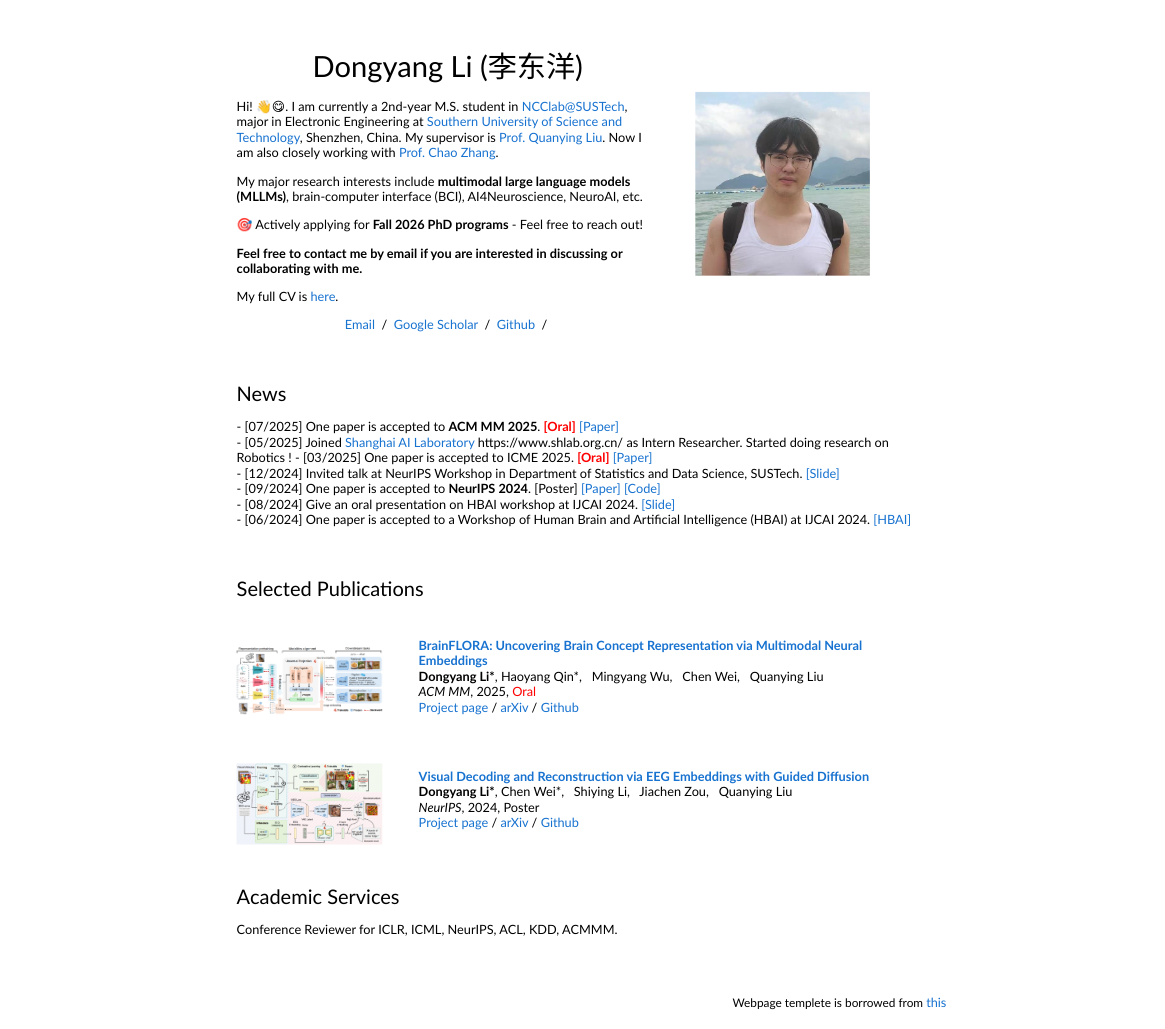
Repository: dongyangli-del/dongyangli-del.github.io
Page: index.html
An editor plug-in stored every save of this project. The page is shown before and after the next save, followed by the edit.
The browser window is 1280 px wide. The pictures show the whole page, at 91% of full size.

Above is the page before, as saved 2025-07-12 21:40:24.

### index.html
<!DOCTYPE HTML>
<html lang="en">
  <head>

    <meta http-equiv="Content-Type" content="text/html; charset=UTF-8">

    <title>Dongyang Li (李东洋)</title>

    <meta name="author" content="Dongyang Li (李东洋)">
    <meta name="viewport" content="width=device-width, initial-scale=1">

    <link rel="stylesheet" type="text/css" href="stylesheet.css">
    <link rel="icon" href="data:[embedded picture, 141 characters]">
  </head>

  <body>
    <!-- <div class="content">
      <table style="width:100%;border:0px;border-spacing:0px;border-collapse:separate;margin-right:auto;margin-left:auto;"><tbody>
        <tr style="padding:0px">
          <td style="padding:2.5%;width:63%;vertical-align:middle">
            <p class="name" style="text-align: center;">
              Dongyang Li
            </p>

            </p>
            <p>

            </p>
            <p style="text-align:center">
            </p>
          </td>
          <td style="padding:2.5%;width:40%;max-width:40%">
            <a href="myassets/profile.jpg"><img style="width:100%;max-width:100%" alt="profile photo" src="myassets/profile.jpg" class="hoverZoomLink"></a>
          </td>
        </tr>
      </tbody></table>
    </div> -->
    <table style="width:100%;max-width:800px;border:0px;border-spacing:0px;border-collapse:separate;margin-right:auto;margin-left:auto;"><tbody>
      <tr style="padding:0px">
        <td style="padding:0px">
          <table style="width:100%;border:0px;border-spacing:0px;border-collapse:separate;margin-right:auto;margin-left:auto;"><tbody>
            <tr style="padding:0px">
              <td style="padding:2.5%;width:63%;vertical-align:middle">
                <p class="name" style="text-align: center;">
                  Dongyang Li (李东洋)
                </p>
                <p>
                  Hi! 👋😋.
                  I am currently a 2nd-year M.S. student in <a href="https://faculty.sustech.edu.cn/?tagid=liuqy&iscss=1&snapid=1&orderby=date&go=1">NCClab@SUSTech</a>, major in Electronic Engineering at <a href="https://www.sustech.edu.cn/en/">Southern University of Science and Technology</a>, Shenzhen, China.
                  My supervisor is <a href="https://www.sustech.edu.cn/zh/faculties/liuquanying.html">Prof. Quanying Liu</a>. Now I am also closely working with <a href="https://mi.eng.cam.ac.uk/~cz277/">Prof. Chao Zhang</a>.
                </p>
                <p>
                  My major research interests include <strong>multimodal large language models (MLLMs)</strong>, brain-computer interface (BCI), AI4Neuroscience, NeuroAI, etc.
                </p>
                <p>🎯 Actively applying for <strong>Fall 2026 PhD programs</strong> - Feel free to reach out!</p> <span style="color: black; font-weight: bold;">Feel free to contact me by email if you are interested in discussing or collaborating with me.</span>


                <p>
                  My full CV is <a href="https://dongyangli-del.github.io/files/Dongyang_Li_CV.pdf">here</a>.
                </p>
                <p style="text-align:center">
                  <a href="lidy2023@mail.sustech.edu.cn">Email</a> &nbsp;/&nbsp;
                  <a href="https://scholar.google.com/citations?user=4VTOeU4AAAAJ&hl=zh-CN&oi=ao">Google Scholar</a> &nbsp;/&nbsp;
                  <a href="https://github.com/dongyangli-del">Github</a> &nbsp;/&nbsp;
                  <!-- <a href="https://www.linkedin.com/in/yingqing-he-6b2859168/">LinkedIn</a> -->
                </p>
              </td>
              <td style="padding:2.5%;width:40%;max-width:40%">
                <a href="myassets/profile.jpg"><img style="width:75%;max-width:100%" alt="profile photo" src="myassets/profile.jpg" class="hoverZoomLink"></a>
              </td>
            </tr>
          </tbody></table>

          <table style="width:100%;border:0px;border-spacing:0px;border-collapse:separate;margin-right:auto;margin-left:auto;"><tbody>
            <tr>
            <td style="padding:20px;width:100%;vertical-align:middle">
              <h2>News</h2>
              <p>
                - [07/2025] One paper is accepted to <strong>ACM MM 2025</strong>. <span style="color: red; font-weight: bold;">[Oral]</span> <a href="https://arxiv.org/pdf/2410.23754">[Paper]</a><br>

                - [05/2025] Joined <a href="https://arxiv.org/abs/2403.07721">Shanghai AI Laboratory</span></a> https://www.shlab.org.cn/ as Intern Researcher. Started doing research on Robotics !

                - [03/2025] One paper is accepted to ICME 2025. <span style="color: red; font-weight: bold;">[Oral]</span> <a href="https://arxiv.org/pdf/2410.23754">[Paper]</a><br>

                - [12/2024] Invited talk at NeurIPS Workshop in Department of Statistics and Data Science, SUSTech. <a href="https://dongyangli-del.github.io/files/DongyangLi-20241201.pdf">[Slide]</a><br>

                - [09/2024] One paper is accepted to <strong>NeurIPS 2024</strong>. [Poster] <a href="https://arxiv.org/abs/2403.07721">[Paper]</a> <a href="https://github.com/dongyangli-del/EEG_Image_decode">[Code]</a> <br>

                - [08/2024] Give an oral presentation on HBAI workshop at IJCAI 2024. <a href="https://dongyangli-del.github.io/files/HBAI_2024_DongyangLi.pdf">[Slide]</a><br>

                - [06/2024] One paper is accepted to a Workshop of Human Brain and Artificial Intelligence (HBAI) at IJCAI 2024. <a href="https://hbai2024.github.io/">[HBAI]</a><br>

                <!-- - [10/2024] <font style="color: #d07c22">Invited talk</font> at <a href="https://venue-tutorial.github.io/">ECCV 2024 VENUE (Recent Advances in Video Content Understanding and Generation) Tutorial</a>
                 on the topic of <i>"LLMs Meet image and video generation"</i>.
                 The slides are available at our <a href="https://github.com/YingqingHe/Awesome-LLMs-meet-Multimodal-Generation/blob/main/ECCV2024-VENUE-Tutorial-Slides-LLM-Meet-Image-and-Video-Generation.pdf">Github repo</a>.<br>
                - [08/2024] <font style="color: #d07c22">Invited talk</font> at <a href="https://hunyuan.tencent.com/">Tencent Hunyuan</a>
                 on the topic of <i>"LLMs Meet Multimodal Generation and Editing"</i><br>
                - [08/2024] 1 paper was accepted to <font style="color: #D8429E">ECCV 2024 AI4VA Workshop</font>.<br>
                - [07/2024] 1 paper was accepted to <font style="color: #D8429E">SIGGRAPH Asia 2024</font>.<br>
                - [07/2024] 1 paper was accepted to <font style="color: #D8429E">ECCV 2024</font>.<br>
                - [05/2024] We released a survey paper: <a href="https://arxiv.org/abs/2405.19334">LLMs Meet Multimodal Generation and Editing: A Survey</a>.<br>
                - [03/2024] <font style="color: #d07c22">Invited talk</font> at <a href="https://www.meituan.com/">Meituan</a> on the topic of <i>"Recent Advance of Text-to-Video Generation"</i>.<br>
                - [03/2024] 1 paper was accepted to <font style="color: #D8429E">CVPR 2024</font>.<br>
                - [02/2024] 1 paper was accepted to <font style="color: #D8429E">TVCG 2024</font>.<br>
                - [01/2024] 2 papers were accepted to <font style="color: #D8429E">ICLR 2024</font> (including 1 Spotlight paper).<br>
                - [12/2023] 1 paper was accepted to <font style="color: #D8429E">AAAI 2024</font>.<br>
                - [11/2023] Released <a href="https://arxiv.org/abs/2310.19512">VideoCrafter 1</a>.<br>
                - [08/2023] 1 paper was accepted to <font style="color: #D8429E">SIGGRAPH Asia 2023</font>.<br>
                - [06/2023] <font style="color: #d07c22">Invited talk</font> at <a href="https://sites.google.com/view/loveucvpr23/home">CVPR 2023 LOVEU Workshop</a> on the topic of <i>"Crafting Your Videos: From Unconditional to <br>
                  &nbsp; &nbsp; &nbsp;&nbsp; &nbsp; &nbsp;&nbsp; &nbsp; &nbsp;&nbsp; &nbsp; &nbsp;&nbsp; &nbsp; &nbsp;&nbsp;&nbsp;
                  Controllable Video Diffusion Models"</i>.<br>
                - [04/2023] Released <a href="https://github.com/AILab-CVC/VideoCrafter">VideoCrafter 0.9</a>.<br>
                - [08/2021] 1 paper was accepted to <font style="color: #D8429E">ACM MM 2021</font> as an <font style="color: #D8429E">Oral</font> paper.<br>  -->
              </p>
            </td>
            </tr>
          </tbody></table>
          <table style="width:100%;border:0px;border-spacing:0px;border-collapse:separate;margin-right:auto;margin-left:auto;"><tbody>

    <table style="width:100%;border:0px;border-spacing:0px;border-collapse:separate;margin-right:auto;margin-left:auto;">
      <tbody>
      <tr>
        <td style="padding:20px;width:100%;vertical-align:middle">
          <h2>Selected Publications</h2>
          <!-- <p>
            I'm interested in computer vision, generative models, image/video generation and editing.
          </p> -->
        </td>
      </tr>
      </tbody>
    </table>
    <table style="width:100%;border:0px;border-spacing:0px;border-collapse:separate;margin-right:auto;margin-left:auto;"><tbody>


      <!-- BrainFLORA -->
      <tr>
        <td style="padding:20px;width:25%;vertical-align:middle">
          <img src='myassets/BrainFLORA.png' width="100%">
        </td>
        <td style="padding:20px;width:75%;vertical-align:middle">
          <a href="https://github.com/dongyangli-del/BrainFLORA">
            <span class="papertitle">BrainFLORA: Uncovering Brain Concept Representation via Multimodal Neural Embeddings</span>
          </a>
          <br>
          <strong>Dongyang Li*</strong>,
          <font style="color:black;">Haoyang Qin*, </font> &nbsp;
          <font style="color: black;">Mingyang Wu, </font> &nbsp;
          <font style="color: black;">Chen Wei, </font> &nbsp;
          <font style="color: black;">Quanying Liu </font> &nbsp;
          <br>
          <em>ACM MM</em>, 2025, <font style="color:red;">Oral</font>
          <br>
          <a href="https://github.com/dongyangli-del/BrainFLORA">Project page</a> /
          <a href="https://arxiv.org/pdf/2403.07721">arXiv</a> /
          <a href="https://github.com/dongyangli-del/BrainFLORA">Github</a>
          <p></p>
          <p>
          </p>
        </td>
      </tr>


      <!-- EEG_Image_Decode -->
      <tr>
        <td style="padding:20px;width:25%;vertical-align:middle">
          <img src='myassets/EEG_Image_decode.png' width="100%">
        </td>
        <td style="padding:20px;width:75%;vertical-align:middle">
          <a href="https://github.com/dongyangli-del/EEG_Image_decode/">
            <span class="papertitle">Visual Decoding and Reconstruction via EEG Embeddings with Guided Diffusion</span>
          </a>
          <br>
          <strong>Dongyang Li*</strong>,
          <font style="color:black;">Chen Wei*, </font> &nbsp;
          <font style="color: black;">Shiying Li, </font> &nbsp;
          <font style="color: black;">Jiachen Zou, </font> &nbsp;
          <font style="color: black;">Quanying Liu </font> &nbsp;
          <br>
          <em>NeurIPS</em>, 2024, Poster
          <br>
          <a href="https://dongyangli-del.github.io/EEG_Image_Decode/">Project page</a> /
          <a href="https://arxiv.org/pdf/2403.07721">arXiv</a> /
          <a href="https://github.com/dongyangli-del/EEG_Image_decode">Github</a>
          <p></p>
          <p>
          </p>
        </td>
      </tr>



    <table style="width:100%;border:0px;border-spacing:0px;border-collapse:separate;margin-right:auto;margin-left:auto;"><tbody>
      <tr>
      <td style="padding:20px;width:100%;vertical-align:middle">
        <h2>Academic Services</h2>
        <p>
          Conference Reviewer for ICLR, ICML, NeurIPS, ACL, KDD, ACMMM.<br>
          <!-- Journal Reviewer for TPAMI, IJCV, ACM Computing Surveys. -->
        </p>
      </td>
    </tr>
    </tbody></table>
    <table style="width:100%;border:0px;border-spacing:0px;border-collapse:separate;margin-right:auto;margin-left:auto;"><tbody>

    <!-- </tbody></table>
          <table width="100%" align="center" border="0" cellspacing="0" cellpadding="20"><tbody>
            <tr>
              <td>
                <h2>Miscellanea</h2>
              </td>
            </tr>
          </tbody></table>
          <table width="100%" align="center" border="0" cellpadding="20"><tbody>

            <tr>
              <td style="padding:20px;width:25%;vertical-align:middle"><img src="images/cvf.jpg"></td>
              <td width="75%" valign="center">
                <a href="https://cvpr2023.thecvf.com/Conferences/2023/Organizers">Demo Chair, CVPR 2023</a>
          <br>
                <a href="https://cvpr2022.thecvf.com/area-chairs">Area Chair, CVPR 2022</a>
                <br>
                <a href="http://cvpr2021.thecvf.com/area-chairs">Area Chair & Longuet-Higgins Award Committee Member, CVPR 2021</a>
                <br>
                <a href="http://cvpr2019.thecvf.com/area_chairs">Area Chair, CVPR 2019</a>
                <br>
                <a href="http://cvpr2018.thecvf.com/organizers/area_chairs">Area Chair, CVPR 2018</a>
              </td>
            </tr>
            <tr>
              <td style="padding:20px;width:25%;vertical-align:middle">
                <img src="images/cs188.jpg" alt="cs188">
              </td>
              <td width="75%" valign="center">
                <a href="http://inst.eecs.berkeley.edu/~cs188/sp11/announcements.html">Graduate Student Instructor, CS188 Spring 2011</a>
                <br>
                <a href="http://inst.eecs.berkeley.edu/~cs188/fa10/announcements.html">Graduate Student Instructor, CS188 Fall 2010</a>
                <br>
                <a href="http://aima.cs.berkeley.edu/">Figures, "Artificial Intelligence: A Modern Approach", 3rd Edition</a>
              </td>
            </tr>


            <tr>
              <td align="center" style="padding:20px;width:25%;vertical-align:middle">
                <h2>Basically <br> Blog Posts</h2>
              </td>
              <td width="75%" valign="middle">
                <a href="https://arxiv.org/abs/2112.11687">Squareplus: A Softplus-Like Algebraic Rectifier</a>
                <br>
                <a href="https://arxiv.org/abs/2010.09714">A Convenient Generalization of Schlick's Bias and Gain Functions</a>
                <br>
                <a href="https://arxiv.org/abs/1704.07483">Continuously Differentiable Exponential Linear Units</a>
                <br>
                <a href="https://jonbarron.info/data/cvpr2023_llm_workshop_annotated.pdf">Scholars & Big Models: How Can Academics Adapt?</a>
              </td>
            </tr>
          </tbody></table> -->


          <table style="width:100%;border:0px;border-spacing:0px;border-collapse:separate;margin-right:auto;margin-left:auto;"><tbody>
            <tr>
              <td style="padding:0px">
                <br>
                <p style="text-align:right;font-size:small;">
                  <!-- Feel free to steal this website's <a href="https://github.com/jonbarron/jonbarron_website">source code</a>. <strong>Do not</strong> scrape the HTML from this page itself, as it includes analytics tags that you do not want on your own website &mdash; use the github code instead. Also, consider using <a href="https://leonidk.com/">Leonid Keselman</a>'s <a href="https://github.com/leonidk/new_website">Jekyll fork</a> of this page. -->
                  Webpage templete is borrowed from <a href="https://github.com/jonbarron/jonbarron_website">this</a>
                </p>
              </td>
            </tr>
          </tbody></table>
        </td>
      </tr>
    </table>
  </body>
</html>

### stylesheet.css
/* latin-ext */
.content {
  width: 1000px;
  padding: 25px 50px;
  margin: 25px auto;
  background-color: white;
  box-shadow: 0px 0px 10px #999;
  border-radius: 15px;
  font-family: "Google Sans";
}

@font-face {
  font-family: 'Lato';
  font-style: italic;
  font-weight: 400;
  src: local('Lato Italic'), local('Lato-Italic'), url(https://fonts.gstatic.com/s/lato/v15/S6u8w4BMUTPHjxsAUi-qNiXg7eU0.woff2) format('woff2');
  unicode-range: U+0100-024F, U+0259, U+1E00-1EFF, U+2020, U+20A0-20AB, U+20AD-20CF, U+2113, U+2C60-2C7F, U+A720-A7FF;
}
/* latin */
@font-face {
  font-family: 'Lato';
  font-style: italic;
  font-weight: 400;
  src: local('Lato Italic'), local('Lato-Italic'), url(https://fonts.gstatic.com/s/lato/v15/S6u8w4BMUTPHjxsAXC-qNiXg7Q.woff2) format('woff2');
  unicode-range: U+0000-00FF, U+0131, U+0152-0153, U+02BB-02BC, U+02C6, U+02DA, U+02DC, U+2000-206F, U+2074, U+20AC, U+2122, U+2191, U+2193, U+2212, U+2215, U+FEFF, U+FFFD;
}
/* latin-ext */
@font-face {
  font-family: 'Lato';
  font-style: italic;
  font-weight: 700;
  src: local('Lato Bold Italic'), local('Lato-BoldItalic'), url(https://fonts.gstatic.com/s/lato/v15/S6u_w4BMUTPHjxsI5wq_FQftx9897sxZ.woff2) format('woff2');
  unicode-range: U+0100-024F, U+0259, U+1E00-1EFF, U+2020, U+20A0-20AB, U+20AD-20CF, U+2113, U+2C60-2C7F, U+A720-A7FF;
}
/* latin */
@font-face {
  font-family: 'Lato';
  font-style: italic;
  font-weight: 700;
  src: local('Lato Bold Italic'), local('Lato-BoldItalic'), url(https://fonts.gstatic.com/s/lato/v15/S6u_w4BMUTPHjxsI5wq_Gwftx9897g.woff2) format('woff2');
  unicode-range: U+0000-00FF, U+0131, U+0152-0153, U+02BB-02BC, U+02C6, U+02DA, U+02DC, U+2000-206F, U+2074, U+20AC, U+2122, U+2191, U+2193, U+2212, U+2215, U+FEFF, U+FFFD;
}
/* latin-ext */
@font-face {
  font-family: 'Lato';
  font-style: normal;
  font-weight: 400;
  src: local('Lato Regular'), local('Lato-Regular'), url(https://fonts.gstatic.com/s/lato/v15/S6uyw4BMUTPHjxAwXiWtFCfQ7A.woff2) format('woff2');
  unicode-range: U+0100-024F, U+0259, U+1E00-1EFF, U+2020, U+20A0-20AB, U+20AD-20CF, U+2113, U+2C60-2C7F, U+A720-A7FF;
}
/* latin */
@font-face {
  font-family: 'Lato';
  font-style: normal;
  font-weight: 400;
  src: local('Lato Regular'), local('Lato-Regular'), url(https://fonts.gstatic.com/s/lato/v15/S6uyw4BMUTPHjx4wXiWtFCc.woff2) format('woff2');
  unicode-range: U+0000-00FF, U+0131, U+0152-0153, U+02BB-02BC, U+02C6, U+02DA, U+02DC, U+2000-206F, U+2074, U+20AC, U+2122, U+2191, U+2193, U+2212, U+2215, U+FEFF, U+FFFD;
}
/* latin-ext */
@font-face {
  font-family: 'Lato';
  font-style: normal;
  font-weight: 700;
  src: local('Lato Bold'), local('Lato-Bold'), url(https://fonts.gstatic.com/s/lato/v15/S6u9w4BMUTPHh6UVSwaPGQ3q5d0N7w.woff2) format('woff2');
  unicode-range: U+0100-024F, U+0259, U+1E00-1EFF, U+2020, U+20A0-20AB, U+20AD-20CF, U+2113, U+2C60-2C7F, U+A720-A7FF;
}
/* latin */
@font-face {
  font-family: 'Lato';
  font-style: normal;
  font-weight: 700;
  src: local('Lato Bold'), local('Lato-Bold'), url(https://fonts.gstatic.com/s/lato/v15/S6u9w4BMUTPHh6UVSwiPGQ3q5d0.woff2) format('woff2');
  unicode-range: U+0000-00FF, U+0131, U+0152-0153, U+02BB-02BC, U+02C6, U+02DA, U+02DC, U+2000-206F, U+2074, U+20AC, U+2122, U+2191, U+2193, U+2212, U+2215, U+FEFF, U+FFFD;
}

a {
  color: #1772d0;
  text-decoration: none;
}
/* a {
  color: #761478b2;
  text-decoration: none;
} */
a:focus,
a:hover {
  color: #f09228;
  text-decoration: none;
}

body,
td,
th,
tr,
/* tr {
  border-bottom: 1px solid rgb(183, 168, 192);
} */
p,
a {
  font-family: 'Lato', Verdana, Helvetica, sans-serif;
  font-size: 14px;
}

strong {
  font-family: 'Lato', Verdana, Helvetica, sans-serif;
  font-size: 14px;
}

h2 {
  margin: 0;
  font-weight: normal;
  font-family: 'Lato', Verdana, Helvetica, sans-serif;
  font-size: 22px;
}

.papertitle {
  font-family: 'Lato', Verdana, Helvetica, sans-serif;
  font-size: 14px;
  font-weight: 700;
}

.name {
  padding-top: 20px;
  margin: 0;
  font-family: 'Lato', Verdana, Helvetica, sans-serif;
  font-size: 32px;
}

.one {
  width: 200px;
  height: 200px;
  position: relative;

}

.two {
  width: 200px;
  height: 200px;
  position: absolute;
  transition: opacity .2s ease-in-out;
  -moz-transition: opacity .2s ease-in-out;
  -webkit-transition: opacity .2s ease-in-out;
}

.fade {
  transition: opacity .2s ease-in-out;
  -moz-transition: opacity .2s ease-in-out;
  -webkit-transition: opacity .2s ease-in-out;
}

span.highlight {
  background-color: #ffffd0;
}

After the next save:
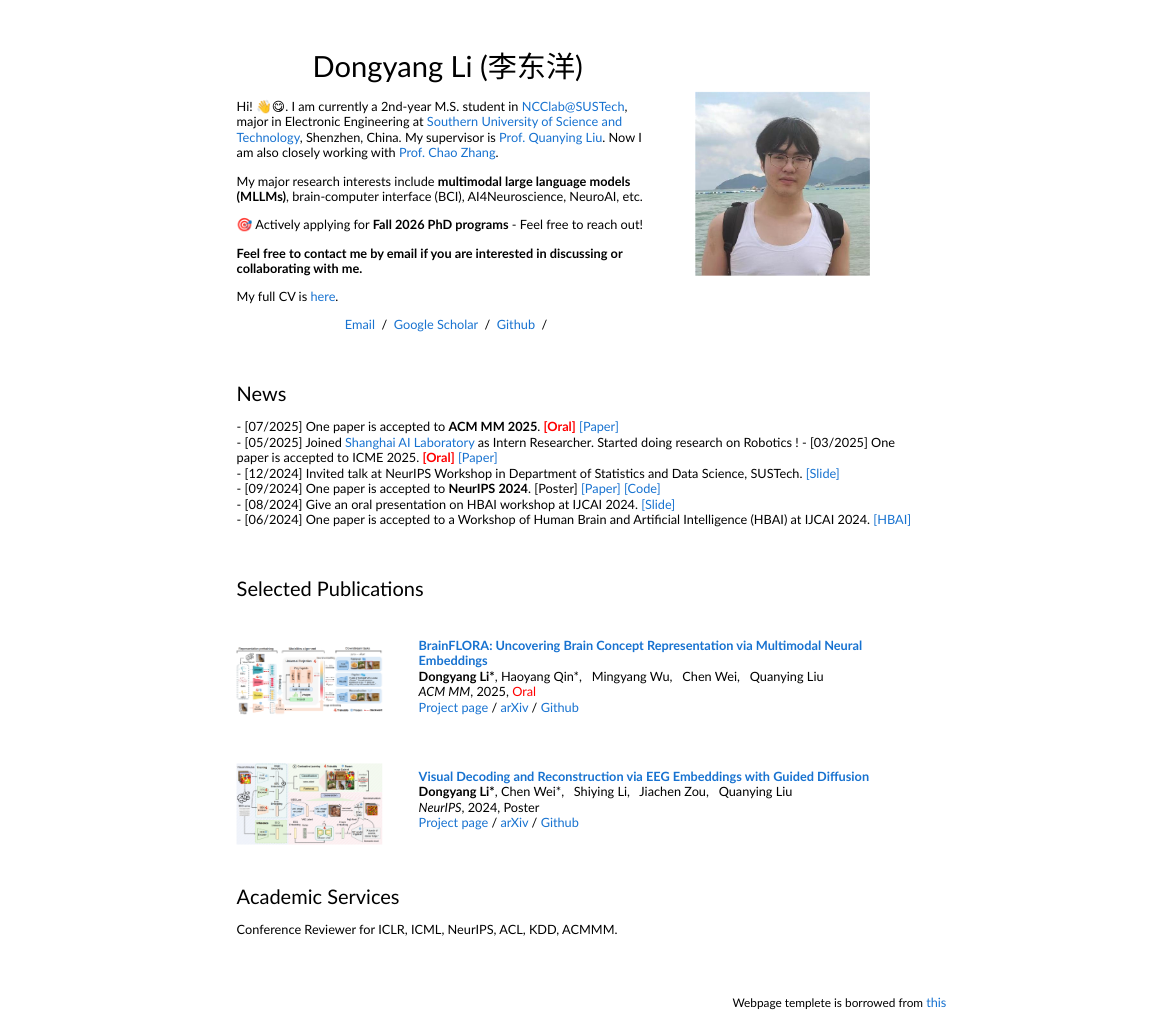
Saved 17 s later.
--- a/index.html
+++ b/index.html
@@ -78,7 +78,7 @@
               <p>
                 - [07/2025] One paper is accepted to <strong>ACM MM 2025</strong>. <span style="color: red; font-weight: bold;">[Oral]</span> <a href="https://arxiv.org/pdf/2410.23754">[Paper]</a><br>
 
-                - [05/2025] Joined <a href="https://arxiv.org/abs/2403.07721">Shanghai AI Laboratory</span></a> https://www.shlab.org.cn/ as Intern Researcher. Started doing research on Robotics !
+                - [05/2025] Joined <a href="https://arxiv.org/abs/2403.07721">Shanghai AI Laboratory</span></a>  as Intern Researcher. Started doing research on Robotics !
 
                 - [03/2025] One paper is accepted to ICME 2025. <span style="color: red; font-weight: bold;">[Oral]</span> <a href="https://arxiv.org/pdf/2410.23754">[Paper]</a><br>
 
